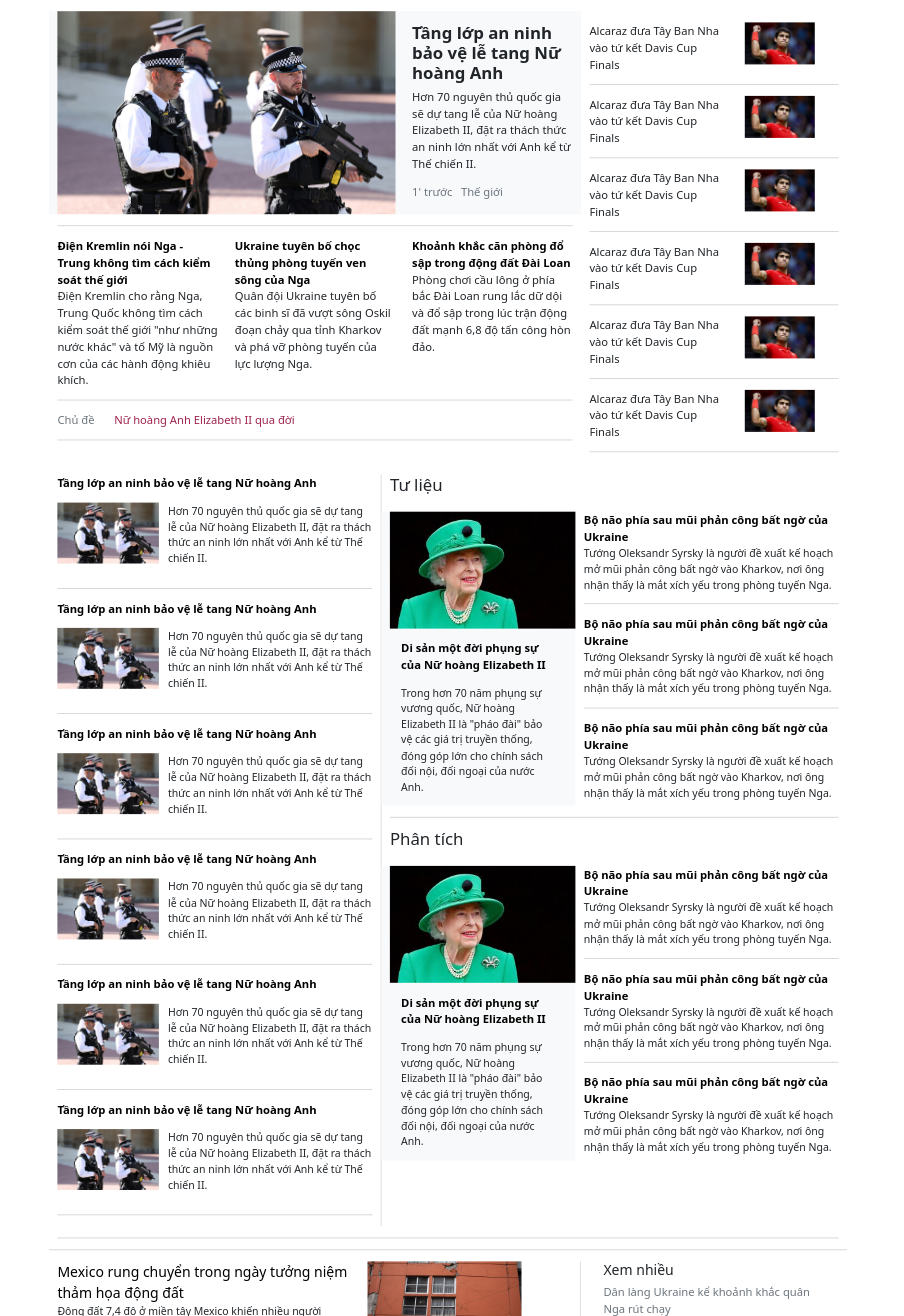
Repository: trongtamdev/lession1_html_sleepcloud
Page: vnExpress.html
The author's editor kept a copy of each file at every save. The page is drawn from the files as they stood at one save, then again after a run of saves.
The browser window is 1280 px wide. The page is 1280 px wide, then 1292 px, so the pictures cover 1292 px, including what lies to the right of the window. The pictures show the part of the page from y = 0 to 1880 px (the page is 3980 px tall before and 3892 px after), at 70% of full size.

Above is the page before, as saved 2022-09-21 14:07:33.

After the next 5 saves:
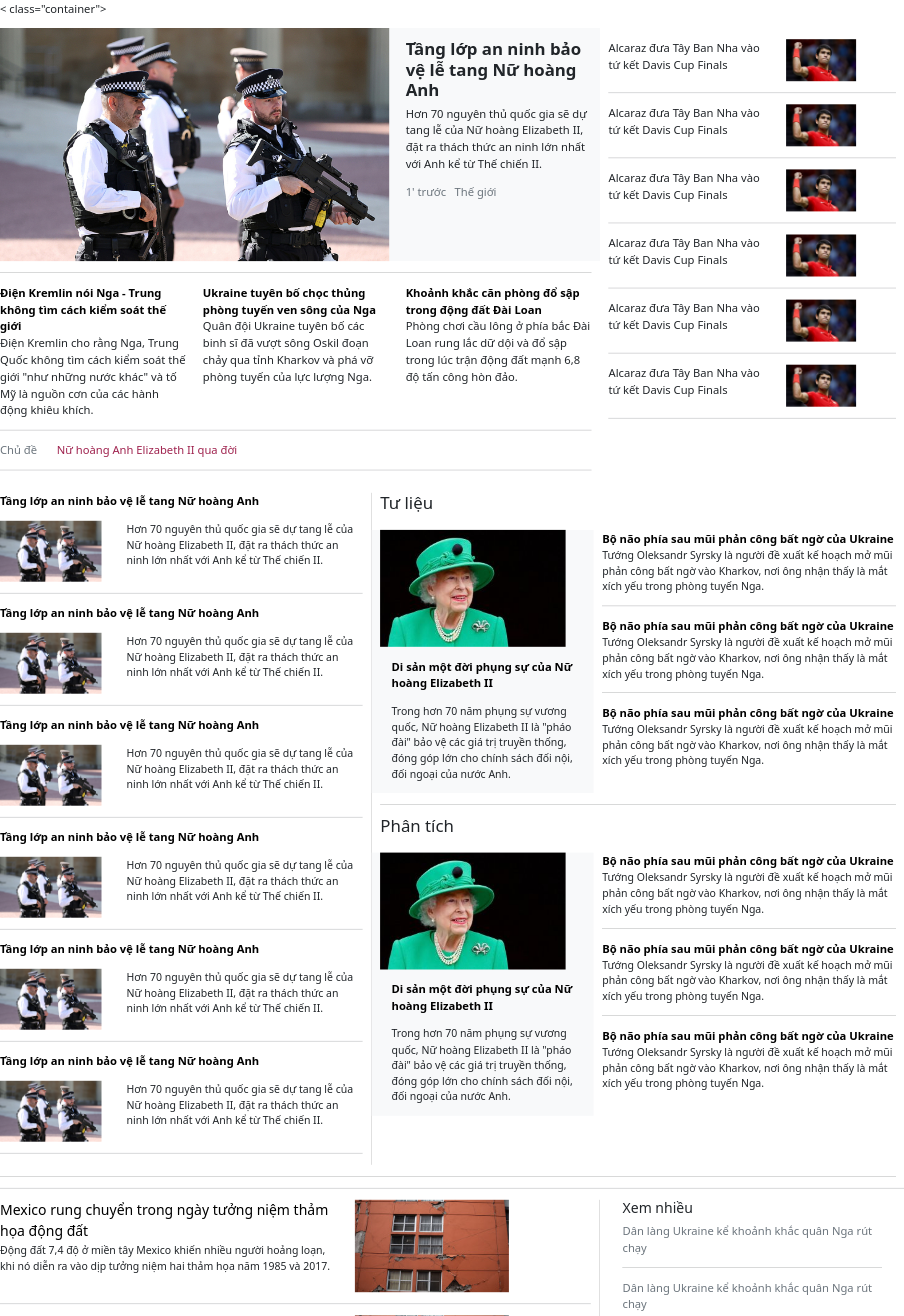
The 5 saves are shown as one change because they came seconds apart.
The last was saved 17 s later.
--- a/vnExpress.html
+++ b/vnExpress.html
@@ -9,7 +9,7 @@
     <link href="./styles/main.css" rel="stylesheet" />
   </head>
   <body>
-    <div class="container">
+    < class="container">
       <div class="row">
         <div class="col-lg-8 mt-3">
           <div class="row bg-light">
@@ -674,7 +674,7 @@
         <!--END: CONTENT LIST SIDE 5-->
       </div>
       <hr />
-      <div class="row"></div>
+      <div class="row"></div> <!--END: -->
     </div>
   </body>
 </html>
